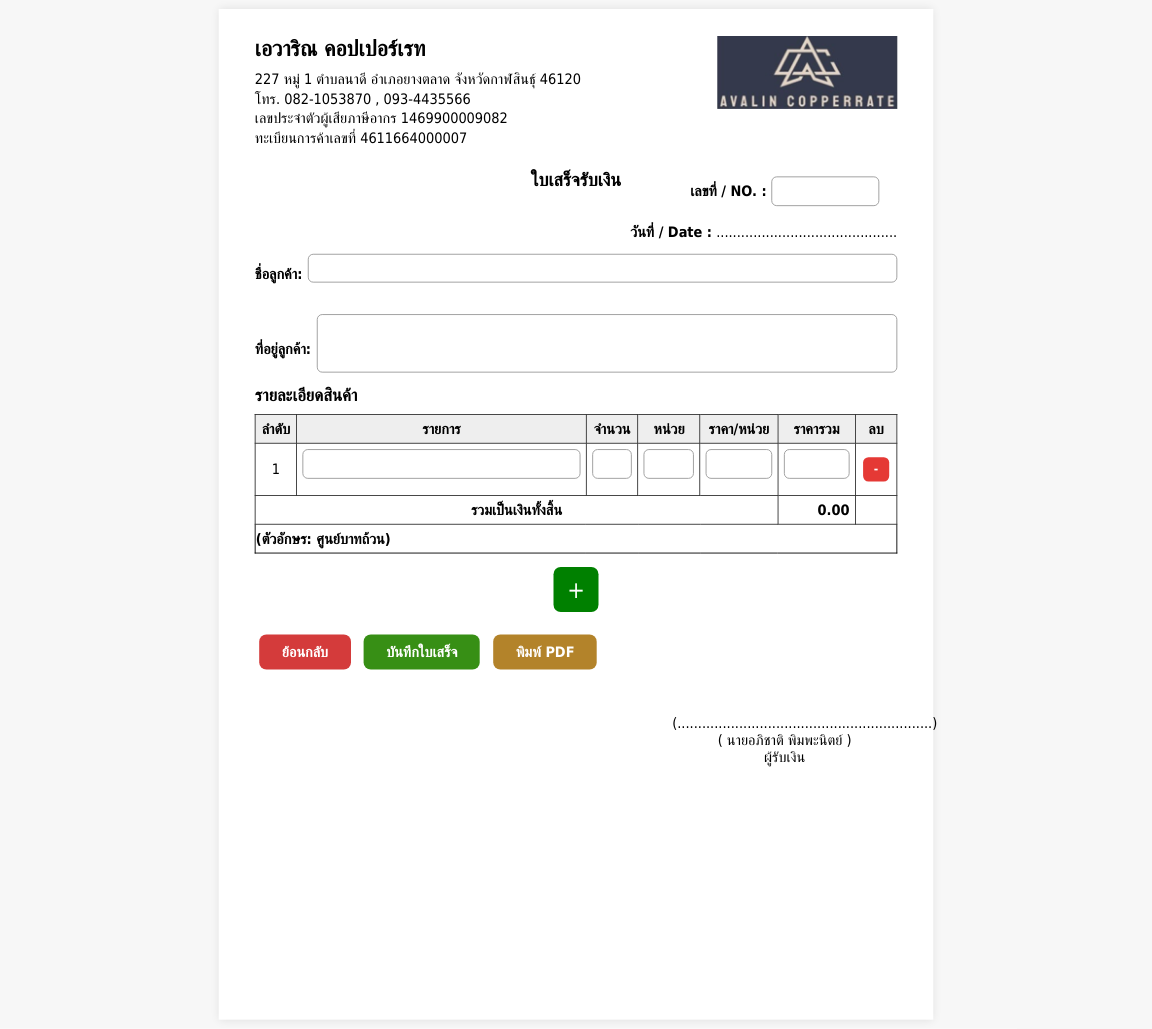
Repository: Hermesmercury88/shop_it
Page: quotation.html
An editor plug-in stored every save of this project. The page is shown before and after the next save, followed by the edit.
The browser window is 1280 px wide. The pictures show the whole page, at 90% of full size.
Some web fonts or font styles are not loaded; a fallback is used.

Above is the page before, as saved 2025-09-21 13:14:50.

### quotation.html
<!DOCTYPE html>
<html lang="th">
<head>
<meta charset="UTF-8">
<title>ใบเสร็จรับเงิน</title>
<link href="css/quotation.css" rel="stylesheet">
<style>
/* ตาราง */
table { border-collapse: collapse; width: 100%; }
table, th, td { border: 1px solid #000; }
th, td { padding: 5px; text-align: center; }
tfoot td { font-weight: bold; }

/* ปุ่ม */
.add-btn, .remove-btn { cursor: pointer; }

/* ปรับแถวรวม */
tfoot .total-row td { border-top: 1px solid #000; }
tfoot .total-row td:first-child { border-right: 1px solid #000; }
</style>
</head>
<body>
<div class="container" id="receiptContent">

    <!-- ส่วนหัว -->
    <div class="header-info">
        <div class="company">
            <h2>เอวาริณ คอปเปอร์เรท</h2>
            <p>227 หมู่ 1 ตำบลนาดี อำเภอยางตลาด จังหวัดกาฬสินธุ์ 46120</p>
            <p>โทร. 082-1053870 , 093-4435566</p>
            <p>เลขประจำตัวผู้เสียภาษีอากร 1469900009082</p>
            <p>ทะเบียนการค้าเลขที่ 4611664000007</p>
        </div>
        <div class="logo">
            <img src="./pic/logo.png" alt="logo">
        </div>
    </div>

    <!-- ฟอร์ม -->
    <form action="http://localhost/shop/save.php" method="post" id="receiptForm">

        <div class="doc-title">
            <h2>ใบเสร็จรับเงิน</h2>
            <div class="doc-info">
                <label>เลขที่ / NO. : <input type="text" name="order_no" required></label>
                <span><b>วันที่ / Date :</b> ............................................</span>
            </div>
        </div>

        <div class="customer-info">
            <label>ชื่อลูกค้า: <input type="text" name="customer_name" required></label><br>
            <label>ที่อยู่ลูกค้า: <textarea name="customer_address" rows="2" required></textarea></label>
        </div>

        <h3>รายละเอียดสินค้า</h3>
        <table id="itemsTable">
            <thead>
                <tr>
                    <th>ลำดับ</th>
                    <th>รายการ</th>
                    <th>จำนวน</th>
                    <th>หน่วย</th>
                    <th>ราคา/หน่วย</th>
                    <th>ราคารวม</th>
                    <th>ลบ</th>
                </tr>
            </thead>
            <tbody>
                <tr>
                    <td>1</td>
                    <td><input type="text" name="item_name[]"></td>
                    <td><input type="number" name="qty[]" class="qty"></td>
                    <td><input type="text" name="unit[]"></td>
                    <td><input type="number" name="price[]" class="price"> </td>
                    <td><input type="text" name="total[]" class="total" readonly></td>
                    <td><button type="button" class="remove-btn">-</button></td>
                </tr>
            </tbody>
            <tfoot>
                <!-- รวมเป็นเงินทั้งสิ้น -->
                 <tr>
                    <td colspan="5" style="text-align:center;font-weight:bold;">รวมเป็นเงินทั้งสิ้น</td>
                    <td style="text-align:right;font-weight:bold;">
                        <span id="grandTotalDisplay">0.00</span>
                    </td>
                    <td></td>
                </tr>
                <!-- ตัวอักษร -->
                 <tr>
                    <td colspan="7" style="text-align:left;font-weight:bold;">
                        (ตัวอักษร: <span id="thaiTextDisplay">ศูนย์บาทถ้วน</span>)
                    </td>
                </tr>
            </tfoot>
        </table>

        <input type="hidden" name="grand_total" id="grand_total_input">

        <button type="button" class="add-btn">+</button>
        <button type="button" class="button btn-back" onclick="window.location.href='index.html'">ย้อนกลับ</button>
        <button type="submit" class="button btn-save">บันทึกใบเสร็จ</button>
        <button type="button" class="button btn-print" onclick="printPDF()">พิมพ์ PDF</button>
    </form>


    <div class="signature">
        <p>(..............................................................)<br>( นายอภิชาติ พิมพะนิตย์ )<br>ผู้รับเงิน</p>
    </div>
</div>

<script>
// แปลงตัวเลขเป็นภาษาไทย
function numberToThaiText(number) {
    const txtnum = ["ศูนย์","หนึ่ง","สอง","สาม","สี่","ห้า","หก","เจ็ด","แปด","เก้า"];
    const txtdigit = ["","สิบ","ร้อย","พัน","หมื่น","แสน","ล้าน"];
    if(number === 0) return "ศูนย์บาทถ้วน";
    let bahtText = "";
    let numStr = number.toFixed(2).toString();
    let [intPart, decPart] = numStr.split(".");
    let intLen = intPart.length;

    for(let i=0; i<intLen; i++){
        let n = parseInt(intPart.charAt(i));
        let pos = intLen - i - 1;
        if(n!==0){
            if(pos==1 && n==1) bahtText += "สิบ";
            else if(pos==1 && n==2) bahtText += "ยี่สิบ";
            else if(pos==0 && n==1 && intLen>1) bahtText += "เอ็ด";
            else bahtText += txtnum[n] + (pos>0?txtdigit[pos]:"");
        }
    }
    bahtText += "บาท";
    if(decPart=="00") bahtText += "ถ้วน";
    else {
        let d1 = parseInt(decPart.charAt(0));
        let d2 = parseInt(decPart.charAt(1));
        if(d1!=0){
            if(d1==1) bahtText += "สิบ";
            else if(d1==2) bahtText += "ยี่สิบ";
            else bahtText += txtnum[d1]+"สิบ";
        }
        if(d2!=0){
            if(d2==1) bahtText += "เอ็ดสตางค์";
            else bahtText += txtnum[d2]+"สตางค์";
        }
    }
    return bahtText;
}

// คำนวณราคารวม
function calculateTotals() {
    let qtys = document.querySelectorAll(".qty");
    let prices = document.querySelectorAll(".price");
    let totals = document.querySelectorAll(".total");
    let grandTotal = 0;

    qtys.forEach((qty, i) => {
        let q = parseFloat(qty.value) || 0;
        let p = parseFloat(prices[i].value) || 0;
        let sum = q * p;
        totals[i].value = sum.toFixed(2);
        grandTotal += sum;
    });

    // แสดงผลรวม
    document.getElementById("grandTotalDisplay").innerText = grandTotal.toFixed(2);
    document.getElementById("grand_total_input").value = grandTotal.toFixed(2);

    // แสดงตัวอักษร
    document.getElementById("thaiTextDisplay").innerText = numberToThaiText(grandTotal);
}

// event คำนวณอัตโนมัติ
document.addEventListener("input", function(e){
    if(e.target.classList.contains("qty") || e.target.classList.contains("price")){
        calculateTotals();
    }
});

// เพิ่มแถวสินค้า
document.querySelector(".add-btn").addEventListener("click", function(){
    let table = document.getElementById("itemsTable").getElementsByTagName("tbody")[0];
    let rowCount = table.rows.length;
    let row = table.insertRow();
    row.innerHTML = `
        <td>${rowCount+1}</td>
        <td><input type="text" name="item_name[]"></td>
        <td><input type="number" name="qty[]" class="qty"></td>
        <td><input type="text" name="unit[]"></td>
        <td><input type="number" name="price[]" class="price"></td>
        <td><input type="text" name="total[]" class="total" readonly></td>
        <td><button type="button" class="remove-btn">ลบ</button></td>
    `;
});

// ลบแถวสินค้า
document.getElementById("itemsTable").addEventListener("click", function(e){
    if(e.target.classList.contains("remove-btn")){
        let row = e.target.closest("tr");
        row.parentNode.removeChild(row);
        calculateTotals();
        let rows = document.querySelectorAll("#itemsTable tbody tr");
        rows.forEach((r, i) => r.cells[0].innerText = i+1);
    }
});

// ปุ่มพิมพ์ PDF
function printPDF() {
  window.print();
}

</script>
</body>
</html>

### css/quotation.css
@font-face {
    font-family: "TH SarabunPSK";
    src: url("./fonts/THSarabunPSK.woff2") format("woff2"),
         url("./fonts/THSarabunPSK.woff") format("woff"),
         url("./fonts/THSarabunPSK.ttf") format("truetype");
    font-weight: normal;
    font-style: normal;
}

/* รีเซ็ต */
* {
    margin: 0;
    padding: 0;
    box-sizing: border-box;
    font-family: "TH SarabunPSK", Tahoma, sans-serif;
}

body {
    background: #f7f7f7;
    padding: 10px;
    display: flex;
    justify-content: center;
}

.container {
    background: #fff;
    width: 210mm;       /* กำหนดตรง A4 */
    min-height: 297mm;  /* ความสูง A4 */
    padding: 30px 40px;
    box-shadow: 0 0 10px rgba(0,0,0,0.1);
}

/* ส่วนหัว */
.header-info {
    display: flex;
    justify-content: space-between;
    margin-bottom: 22px;
}

.company {
    width: 65%;
    text-align: left;
}

.company h1 {
    font-size: 30px;
    margin-bottom: 10px;
}

.company h2 {
    font-size: 24px;
    margin-bottom: 10px;
}

.company p {
    font-size: 16px;
    margin: 3px 0;
}

.logo {
    text-align: left;
    margin-bottom: 20px;
}

.logo img {
    width: 200px;
    height: auto;
    display: block;
}

/* หัวใบเสร็จ */
.doc-title {
    text-align: center;
    margin: 20px 0 70px;
    position: relative;
}

.doc-title h2 {
    font-size: 20px;
    font-weight: bold;
}

.doc-info {
    position: absolute;
    right: 0;
    top: 0;
    font-size: 20px;
    text-align: right;
}

.doc-info span {
    display: block;
    margin: 3px 0;
}

.doc-info label,
.doc-info span {
    font-size: 16px;
}

/* เลขที่/NO ให้อยู่บรรทัดเดียวกับ input */
.doc-info label {
  display: inline-block;
  font-weight: bold;
  margin-right: 20px;
}

.doc-info input[type="text"] {
  width: 120px;
  display: inline-block;
}

/* ลูกค้าและที่อยู่ต่อท้าย label */
.customer-info label {
  display: flex;
  align-items: center;   /* แกนแนวตั้งกลาง */
  margin: 2px 0;         /* ลดช่องว่างบน-ล่างให้แน่นขึ้น */
  font-weight: bold;
}

.customer-info input,
.customer-info textarea {
  margin-left: 6px;      /* ลดช่องว่างระหว่าง label กับ field */
  flex: 1;               /* ให้ช่องขยายเต็มที่ */
  font-family: "TH SarabunPSK", sans-serif;
  font-size: 16px;
  /* padding: 3px 5px;      */
}

.customer-info textarea {
  line-height: 0.5;      /* ลดระยะบรรทัด */
}


.customer-info textarea {
  resize: none;
  line-height: 1.6;
  min-height: 50px;     /* กำหนดความสูงขั้นต่ำ */
  white-space: normal;
  word-wrap: break-word;
}



/* รวมเป็นเงินทั้งสิ้น */
tfoot td {
  border: 1px solid #333;
}


/* ฟอร์ม */
label {
  font-size: 16px;
  font-weight: bold;
  display: block;
  margin: 8px 0 4px;
}

input[type="text"], textarea, input[type="number"] {
  font-size: 16px;
  padding: 6px;
  border: 1px solid #999;
  border-radius: 6px;
  width: 100%;
  margin-bottom: 12px;
}

/* ตาราง */
table {
  width: 100%;
  border-collapse: collapse;
  margin-top: 10px;
  table-layout: fixed; /* ใช้ความกว้างตามที่กำหนด */
}

table th,
table td {
  border: 1px solid #333;
  padding: 6px;
  text-align: center;
  font-size: 16px;
  word-wrap: break-word;   /* บังคับตัดคำ */
  word-break: break-word;  /* กันข้อความยาวติดกันไม่ตัด */
  white-space: normal;     /* ให้ขึ้นบรรทัดใหม่ได้ */
}

table th {
  background: #eee;
  font-weight: bold;
}



/* กำหนดสัดส่วนคอลัมน์ */
table th:nth-child(1), table td:nth-child(1) { width: 8%; }   /* ลำดับ */
table th:nth-child(2), table td:nth-child(2) { width: 55%; }  /* รายการ (กว้างสุด) */
table th:nth-child(3), table td:nth-child(3) { width: 10%; }  /* จำนวน */
table th:nth-child(4), table td:nth-child(4) { width: 13%; }  /* หน่วย */
table th:nth-child(5), table td:nth-child(5) { width: 15%; }  /* ราคา/หน่วย */
table th:nth-child(6), table td:nth-child(6) { width: 15%; }  /* ราคารวม */
table th:nth-child(7), table td:nth-child(7) { width: 8%; }  /* ลบ */

/* ปุ่ม */
.button {
  display: inline-block;
  font-size: 16px;
  font-weight: bold;
  padding: 10px 25px;
  margin: 10px 5px;
  border: none;
  border-radius: 8px;
  cursor: pointer;
  color: white;
}

.btn-back { background: #d43b3b; }
.btn-save { background: #378f15; }
.btn-print { background: #b3832a; }

.add-btn {
  display: block;
  margin: 15px auto;
  width: 50px;
  height: 50px;
  font-size: 26px;
  background: green;
  color: white;
  border: none;
  border-radius: 8px;
  cursor: pointer;
}

/* ปุ่มลบ */
.remove-btn {
  background-color: #e53935;
  color: white;
  border: none;
  padding: 6px 12px;
  border-radius: 6px;
  cursor: pointer;
  font-weight: bold;
}

.remove-btn:hover {
  background-color: #ef5350;
}

/* รวมเงิน */
.grand-total {
  text-align: right;
  font-weight: bold;
  font-size: 18px;
  margin-top: 15px;
}

/* ลายเซ็น */
.signature {
    width: 250px;          /* กำหนดความกว้างของกล่องลายเซ็น */
    margin-left: auto;      /* ชิดขวา */
    text-align: center;     /* ข้อความภายในชิดกลาง */
    margin-top: 40px;       /* เว้นระยะด้านบน */
    font-family: "TH SarabunPSK", sans-serif;
    font-size: 16px;        /* ขนาดฟอนต์ */
}

/* @media print */
/* @media print */
@media print {
  #thaiTextDisplay {
    display: inline-block !important;   /* ให้ span แสดงแน่นอน */
    font-weight: bold !important;
    font-size: 16px !important;
    color: #000 !important;
    text-align: center !important;
    white-space: normal !important;   /* บังคับให้ตัดบรรทัดได้ */
    word-wrap: break-word !important; /* ตัดบรรทัดเมื่อเกิน */
    word-break: break-word !important;
  }

  /* ซ่อนปุ่มทั้งหมด */
  .button, .add-btn, .remove-btn {
    display: none !important;
  }

  /* ซ่อนคอลัมน์ลบในตาราง */
  th:last-child, td:last-child {
    display: none !important;
  }

  input, textarea {
    border: none !important;
    outline: none !important;
    background: transparent !important;
    pointer-events: none;
    font-size: 16px !important;   /* ฟอนต์ 16 */
    font-family: "TH SarabunPSK", sans-serif;
    color: #000;
    white-space: normal !important;
    word-wrap: break-word !important;
    word-break: break-word !important;
  }

  input::placeholder, textarea::placeholder {
    color: transparent !important;
  }

  body {
    background: none !important;
    padding: 0 !important;
  }

  .container {
    box-shadow: none !important;
    margin: 0 auto !important;
    width: 210mm !important;
    min-height: 297mm !important;
    background: #fff !important;
  }

  @page {
    size: A4 portrait;
    margin: 15mm;
  }
}

/* td ที่ครอบ span ใน tfoot */
tfoot tr:last-child td {
  display: table-cell !important;
  text-align: left !important;
  border: none !important;
  padding-left: 0 !important;
  font-size: 16px !important;
  white-space: normal !important;
  word-wrap: break-word !important;
  word-break: break-word !important;
}

/* กำหนดสัดส่วนคอลัมน์ */
table th:nth-child(1), table td:nth-child(1) { width: 8%; }   /* ลำดับ */
table th:nth-child(2), table td:nth-child(2) { width: 56%; }  /* รายการ (กว้างสุด) */
table th:nth-child(3), table td:nth-child(3) { width: 10%; }  /* จำนวน */
table th:nth-child(4), table td:nth-child(4) { width: 12%; }  /* หน่วย */
table th:nth-child(5), table td:nth-child(5) { width: 15%; }  /* ราคา/หน่วย */
table th:nth-child(6), table td:nth-child(6) { width: 15%; }  /* ราคารวม */

.summary-outside {
  display: none !important;
}

/* ข้อความในตาราง */
table th, table td {
  font-size: 16px !important;
  white-space: normal !important;   /* บังคับให้ขึ้นบรรทัด */
  word-wrap: break-word !important;
  word-break: break-word !important;
}

After the next save:
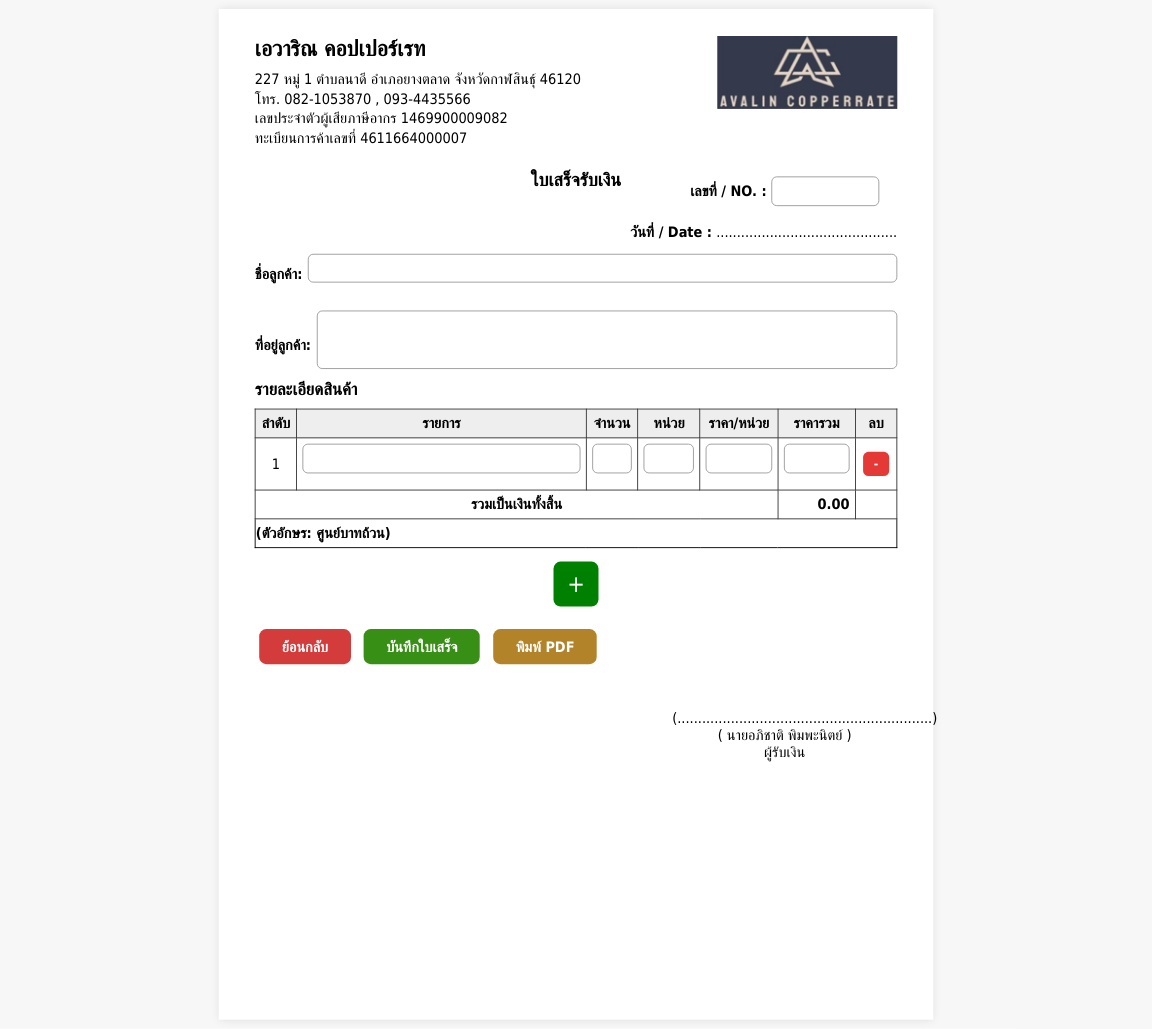
Saved 9 s later.
--- a/css/quotation.css
+++ b/css/quotation.css
@@ -114,7 +114,7 @@
 .customer-info label {
   display: flex;
   align-items: center;   /* แกนแนวตั้งกลาง */
-  margin: 2px 0;         /* ลดช่องว่างบน-ล่างให้แน่นขึ้น */
+  margin: 0px 0;         /* ลดช่องว่างบน-ล่างให้แน่นขึ้น */
   font-weight: bold;
 }
 

After the save that followed:
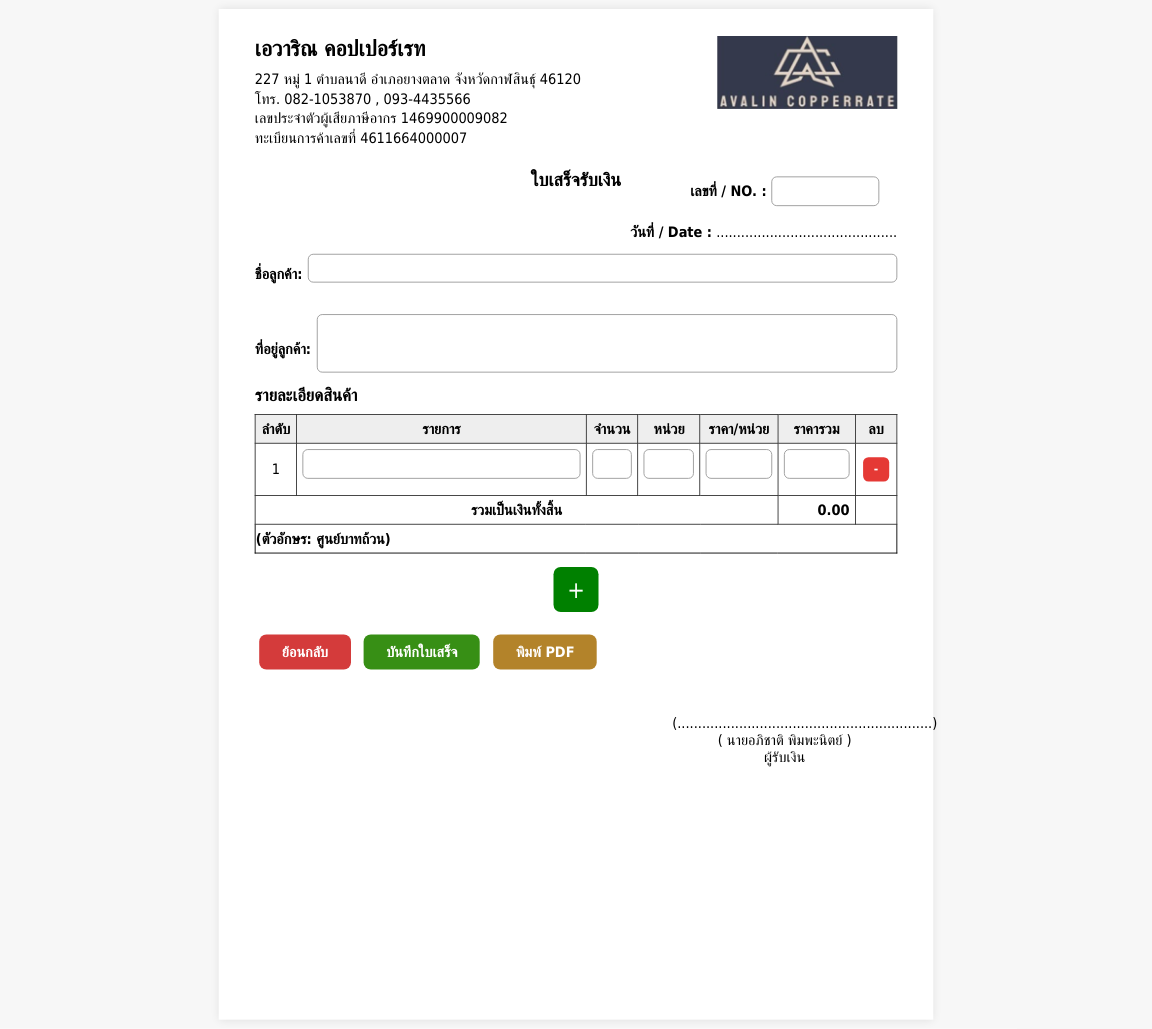
Saved 9 s later.
--- a/css/quotation.css
+++ b/css/quotation.css
@@ -114,7 +114,7 @@
 .customer-info label {
   display: flex;
   align-items: center;   /* แกนแนวตั้งกลาง */
-  margin: 0px 0;         /* ลดช่องว่างบน-ล่างให้แน่นขึ้น */
+  margin: 2px 0;         /* ลดช่องว่างบน-ล่างให้แน่นขึ้น */
   font-weight: bold;
 }
 
